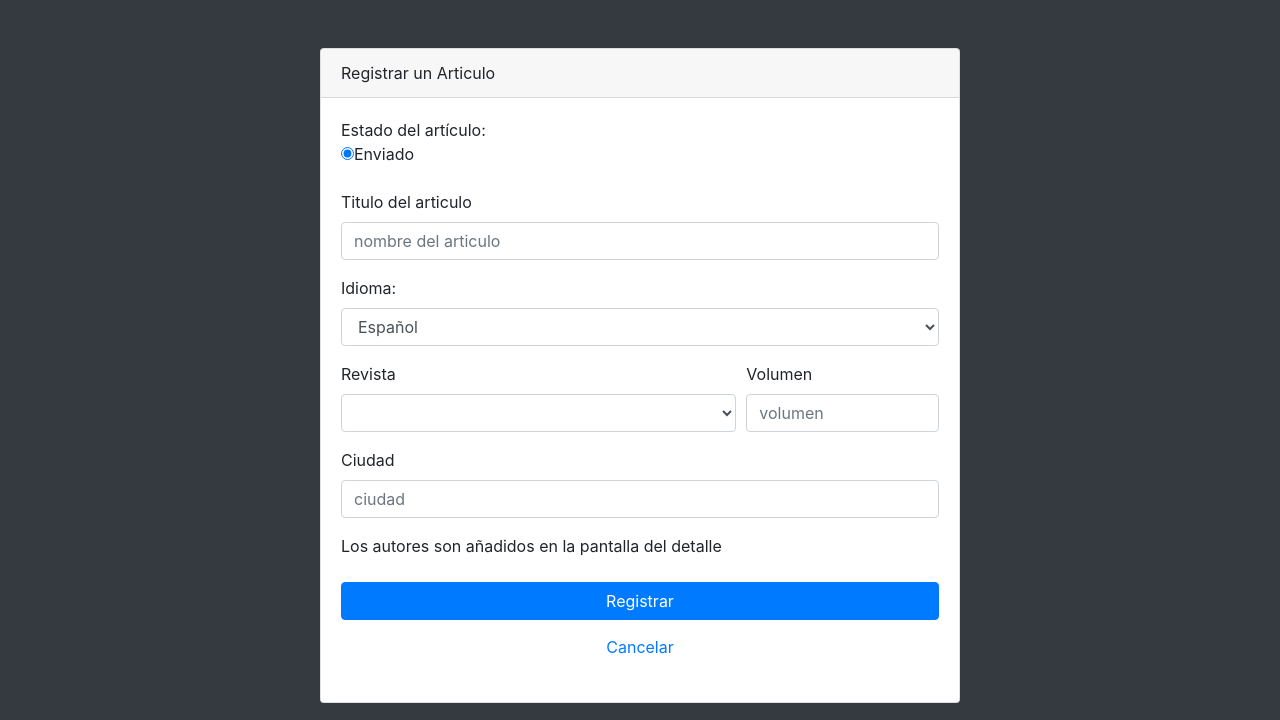
Repository: arnaldosanmartin/RepositorioWeb
Page: http://localhost/startbootstrap-sb-admin-gh-pages/registerArticulo.php
The author's editor kept a record of every edit. The page is drawn from the files as they stood at one moment, then again after the next edit.
The browser window is 1280 px wide. The pictures show the whole page.
The page is run by PHP 8.4 with error messages shown; the project is at /var/www/html/. The session is filled in as if someone had signed in: {"user_id": 1, "user_name": "Test User", "user_rol": "admin"}. Other server files are loaded and not shown. Queries for data that is not in the repository find no rows.

Above is the page before.

### startbootstrap-sb-admin-gh-pages/registerArticulo.php
<?php
  session_start();
  if(isset($_SESSION["user_id"])==false){
    header('Location: login.php');
  }
  $iduser= $_SESSION["user_id"];
  if(isset($_POST['register'])){

    $host= "127.0.0.1";
    $user= "azarot";
    $pass= "";
    $db= "mydb";
    $port= 3306;

    $nombre= $_POST['nameInputArt'];
    $idioma= $_POST['sgl_idioma'];
    $revista= $_POST['revistaInput'];
    $fechaupdate= date("Y-m-d");
    $actualestado=$_POST['cod_tipo_producto'];
    $ciudad=$_POST['cityInput'];
    $PI= "0";
    $PF= "0";
    $volRev= "0";
    $fasiculo= "N/A";
    $volFas= "0";
    $site= "0";
    $doi= "0";
    $medio= "ninguno";
    $fecha="1";
    $cuartilScopus = "";
    $cuartilIsci = "";
    $cuartilIndex = "";
    $tipo="completo";

    $connection= mysqli_connect($host, $user, $pass, $db, $port)or die(mysql_error());

    $query= "SELECT * FROM Revista WHERE id = '$revista'";
    $result= mysqli_query($connection, $query);
     if ($row= mysqli_fetch_assoc($result)) {
        $cuartilScopus = $row['cuartilScopus'];
        $cuartilIsci = $row['cuartilIsci'];
        $cuartilIndex = $row['cuartilIndex'];
      }else{
        echo "Error: " . $query . "<br>" . $conn->error;
      }

    if($actualestado==="Publicado"){
      $PI= $_POST['PIInput'];
      $PF= $_POST['PFInput'];
      $volRev= $_POST['volumenInput'];
      $fasiculo= $_POST['fasiculoInput'];
      $volFas= $_POST['volumenfas'];
      $site= $_POST['siteInput'];
      $doi= $_POST['DOIInput'];
      $medio= $_POST['medioInput'];
      $fecha=$_POST['dateInputArt'];
    }

    $query="INSERT INTO Producto (tipoArticulo, tituloArticulo, ciudad, paginaInicial, paginaFinal , idioma, fecha, fechaup, idRevista, volumen, fasciculoRevista, serieRevista, medioDivulgacion, sitioWeb, doi, estado,cuartilScopus,cuartilIsci,cuartilIndex)
      VALUES ('$tipo' ,'$nombre', '$ciudad','$PI','$PF','$idioma','$fecha','$fechaupdate','$revista','$volRev','$fasiculo','$volFas','$medio','$site','$doi','$actualestado','$cuartilScopus','$cuartilIsci','$cuartilIndex')";
    if ($connection->query($query)=== TRUE) {
      $last_id = $connection->insert_id;
      $query= "INSERT INTO Relacion_profesor_producto (idProfesor, idProducto) VALUES ('$iduser','$last_id')";
        if ($connection->query($query)=== TRUE) {
          header('Location: tablesArtic.php');
        } else {
        echo "Error: " . $query . "<br>" . $conn->error;
        }
    } else {
    echo "Error: " . $query . "<br>" . $conn->error;
    }


    $connection->close();
  }
?>
<!DOCTYPE html>
<html lang="en">

<head>
  <meta charset="utf-8">
  <meta http-equiv="X-UA-Compatible" content="IE=edge">
  <meta name="viewport" content="width=device-width, initial-scale=1, shrink-to-fit=no">
  <meta name="description" content="Registro de articulos">
  <meta name="author" content="Aza">
  <title>Articulos</title>
  <!-- Bootstrap core CSS-->
  <link href="vendor/bootstrap/css/bootstrap.min.css" rel="stylesheet">
  <!-- Custom fonts for this template-->
  <link href="vendor/font-awesome/css/font-awesome.min.css" rel="stylesheet" type="text/css">
  <!-- Custom styles for this template-->
  <link href="css/sb-admin.css" rel="stylesheet">
</head>

<body class="bg-dark">
  <div class="container">
    <div class="card card-register mx-auto mt-5">
      <div class="card-header">Registrar un Articulo</div>
      <div class="card-body">
        <form method="post" action="">
          Estado del art&iacute;culo: <br>
          <td colspan="4" >
            <input type="radio" id="tipoProducto2" name="cod_tipo_producto" value='Enviado' checked="checked"/>Enviado&nbsp;
            </td><br><br>
          <div class="form-group">
            <label for="nameInputGroup">Titulo del articulo</label>
            <input class="form-control" id="nameInputArt" name="nameInputArt" placeholder="nombre del articulo" required>
          </div>
          <div class="form-group">
            <label for="idiomaInput">Idioma:</label>
            <select class="form-control" id="idiomaInput" name="sgl_idioma" required>
            <option value="ES">Espa&ntilde;ol</option>
            <option value="DE">Alem&aacute;n</option>
            <option value="ZH">Chino</option>
            <option value="FR">Franc&eacute;s</option>
            <option value="IW">Hebreo</option>
            <option value="NL">Holand&eacute;s</option>
            <option value="EN">Ingl&eacute;s</option>
            <option value="IT">Italiano</option>
            <option value="JA">Japon&eacute;s</option>
            <option value="LA">Lat&iacute;n</option>
            <option value="PT">Portugu&eacute;s</option>
            <option value="QU">Quechua</option>
            <option value="RO">Rumano</option>
            <option value="RU">Ruso</option>
            <option value="TH">Tailand&eacute;s</option>
            </select>
          </div>

          <div class="form-group">
            <div class="form-row">
              <div class="col-md-8">
                <label for="revistaInput">Revista</label>
                <select class="form-control" id="revistaInput" name="revistaInput" required>
                <?php
                $host= "127.0.0.1";
                $user= "azarot";
                $pass= "";
                $db= "mydb";
                $port= 3306;

                $connection= mysqli_connect($host, $user, $pass, $db, $port)or die(mysql_error());


                $query= "SELECT * FROM Revista";
                $result= mysqli_query($connection, $query);
                  while ($row= mysqli_fetch_assoc($result)) {
                   echo "<option value='".$row['id']."'>".$row['nombre']."</option>";
                  }
                $connection->close();
                ?>
                </select>
              </div>
              <div class="col-md-4 cls-completo">
                <label for="volumenInput">Volumen</label>
                <input  required class="form-control cls-completo-input" id="volumenInput" name="volumenInput" type="number" aria-describedby="nameHelp" placeholder="volumen">
              </div>
            </div>
          </div>

          <div class="form-group">
            <label for="cityInputGroup">Ciudad</label>
            <input class="form-control" id="cityInput" name="cityInput" placeholder="ciudad">
          </div>
          <div class="form-group">

          <div class="form-group">
            <label >Los autores son añadidos en la pantalla del detalle</label>
          </div>
          <input class="btn btn-primary btn-block" type="submit" id="register" name="register" value="Registrar"/>
          <a class="btn btn-block" href="tablesArtic.php">Cancelar</a>
        </form>
      </div>
    </div>
  </div>
  <!-- Bootstrap core JavaScript-->
  <script src="vendor/jquery/jquery.min.js"></script>
  <script src="vendor/bootstrap/js/bootstrap.bundle.min.js"></script>
  <!-- Core plugin JavaScript-->
  <script src="vendor/jquery-easing/jquery.easing.min.js"></script>

</body>

</html>

### startbootstrap-sb-admin-gh-pages/css/sb-admin.css
html {
  position: relative;
  min-height: 100%;
}

body {
  overflow-x: hidden;
}

body.sticky-footer {
  margin-bottom: 56px;
}

body.sticky-footer .content-wrapper {
  min-height: calc(100vh - 56px - 56px);
}

body.fixed-nav {
  padding-top: 56px;
}

.content-wrapper {
  min-height: calc(100vh - 56px);
  padding-top: 1rem;
}

.scroll-to-top {
  position: fixed;
  right: 15px;
  bottom: 3px;
  display: none;
  width: 50px;
  height: 50px;
  text-align: center;
  color: white;
  background: rgba(52, 58, 64, 0.5);
  line-height: 45px;
}

.scroll-to-top:focus, .scroll-to-top:hover {
  color: white;
}

.scroll-to-top:hover {
  background: #343a40;
}

.scroll-to-top i {
  font-weight: 800;
}

.smaller {
  font-size: 0.7rem;
}

.o-hidden {
  overflow: hidden !important;
}

.z-0 {
  z-index: 0;
}

.z-1 {
  z-index: 1;
}

#mainNav .navbar-collapse {
  overflow: auto;
  max-height: 75vh;
}

#mainNav .navbar-collapse .navbar-nav .nav-item .nav-link {
  cursor: pointer;
}

#mainNav .navbar-collapse .navbar-sidenav .nav-link-collapse:after {
  float: right;
  content: '\f107';
  font-family: 'FontAwesome';
}

#mainNav .navbar-collapse .navbar-sidenav .nav-link-collapse.collapsed:after {
  content: '\f105';
}

#mainNav .navbar-collapse .navbar-sidenav .sidenav-second-level,
#mainNav .navbar-collapse .navbar-sidenav .sidenav-third-level {
  padding-left: 0;
}

#mainNav .navbar-collapse .navbar-sidenav .sidenav-second-level > li > a,
#mainNav .navbar-collapse .navbar-sidenav .sidenav-third-level > li > a {
  display: block;
  padding: 0.5em 0;
}

#mainNav .navbar-collapse .navbar-sidenav .sidenav-second-level > li > a:focus, #mainNav .navbar-collapse .navbar-sidenav .sidenav-second-level > li > a:hover,
#mainNav .navbar-collapse .navbar-sidenav .sidenav-third-level > li > a:focus,
#mainNav .navbar-collapse .navbar-sidenav .sidenav-third-level > li > a:hover {
  text-decoration: none;
}

#mainNav .navbar-collapse .navbar-sidenav .sidenav-second-level > li > a {
  padding-left: 1em;
}

#mainNav .navbar-collapse .navbar-sidenav .sidenav-third-level > li > a {
  padding-left: 2em;
}

#mainNav .navbar-collapse .sidenav-toggler {
  display: none;
}

#mainNav .navbar-collapse .navbar-nav > .nav-item.dropdown > .nav-link {
  position: relative;
  min-width: 45px;
}

#mainNav .navbar-collapse .navbar-nav > .nav-item.dropdown > .nav-link:after {
  float: right;
  width: auto;
  content: '\f105';
  border: none;
  font-family: 'FontAwesome';
}

#mainNav .navbar-collapse .navbar-nav > .nav-item.dropdown > .nav-link .indicator {
  position: absolute;
  top: 5px;
  left: 21px;
  font-size: 10px;
}

#mainNav .navbar-collapse .navbar-nav > .nav-item.dropdown.show > .nav-link:after {
  content: '\f107';
}

#mainNav .navbar-collapse .navbar-nav > .nav-item.dropdown .dropdown-menu > .dropdown-item > .dropdown-message {
  overflow: hidden;
  max-width: none;
  text-overflow: ellipsis;
}

@media (min-width: 992px) {
  #mainNav .navbar-brand {
    width: 250px;
  }
  #mainNav .navbar-collapse {
    overflow: visible;
    max-height: none;
  }
  #mainNav .navbar-collapse .navbar-sidenav {
    position: absolute;
    top: 0;
    left: 0;
    -webkit-flex-direction: column;
    -ms-flex-direction: column;
    flex-direction: column;
    margin-top: 56px;
  }
  #mainNav .navbar-collapse .navbar-sidenav > .nav-item {
    width: 250px;
    padding: 0;
  }
  #mainNav .navbar-collapse .navbar-sidenav > .nav-item > .nav-link {
    padding: 1em;
  }
  #mainNav .navbar-collapse .navbar-sidenav > .nav-item .sidenav-second-level,
  #mainNav .navbar-collapse .navbar-sidenav > .nav-item .sidenav-third-level {
    padding-left: 0;
    list-style: none;
  }
  #mainNav .navbar-collapse .navbar-sidenav > .nav-item .sidenav-second-level > li,
  #mainNav .navbar-collapse .navbar-sidenav > .nav-item .sidenav-third-level > li {
    width: 250px;
  }
  #mainNav .navbar-collapse .navbar-sidenav > .nav-item .sidenav-second-level > li > a,
  #mainNav .navbar-collapse .navbar-sidenav > .nav-item .sidenav-third-level > li > a {
    padding: 1em;
  }
  #mainNav .navbar-collapse .navbar-sidenav > .nav-item .sidenav-second-level > li > a {
    padding-left: 2.75em;
  }
  #mainNav .navbar-collapse .navbar-sidenav > .nav-item .sidenav-third-level > li > a {
    padding-left: 3.75em;
  }
  #mainNav .navbar-collapse .navbar-nav > .nav-item.dropdown > .nav-link {
    min-width: 0;
  }
  #mainNav .navbar-collapse .navbar-nav > .nav-item.dropdown > .nav-link:after {
    width: 24px;
    text-align: center;
  }
  #mainNav .navbar-collapse .navbar-nav > .nav-item.dropdown .dropdown-menu > .dropdown-item > .dropdown-message {
    max-width: 300px;
  }
}

#mainNav.fixed-top .sidenav-toggler {
  display: none;
}

@media (min-width: 992px) {
  #mainNav.fixed-top .navbar-sidenav {
    height: calc(100vh - 112px);
  }
  #mainNav.fixed-top .sidenav-toggler {
    position: absolute;
    top: 0;
    left: 0;
    display: flex;
    -webkit-flex-direction: column;
    -ms-flex-direction: column;
    flex-direction: column;
    margin-top: calc(100vh - 56px);
  }
  #mainNav.fixed-top .sidenav-toggler > .nav-item {
    width: 250px;
    padding: 0;
  }
  #mainNav.fixed-top .sidenav-toggler > .nav-item > .nav-link {
    padding: 1em;
  }
}

#mainNav.fixed-top.navbar-dark .sidenav-toggler {
  background-color: #212529;
}

#mainNav.fixed-top.navbar-dark .sidenav-toggler a i {
  color: #adb5bd;
}

#mainNav.fixed-top.navbar-light .sidenav-toggler {
  background-color: #dee2e6;
}

#mainNav.fixed-top.navbar-light .sidenav-toggler a i {
  color: rgba(0, 0, 0, 0.5);
}

body.sidenav-toggled #mainNav.fixed-top .sidenav-toggler {
  overflow-x: hidden;
  width: 55px;
}

body.sidenav-toggled #mainNav.fixed-top .sidenav-toggler .nav-item,
body.sidenav-toggled #mainNav.fixed-top .sidenav-toggler .nav-link {
  width: 55px !important;
}

body.sidenav-toggled #mainNav.fixed-top #sidenavToggler i {
  -webkit-transform: scaleX(-1);
  -moz-transform: scaleX(-1);
  -o-transform: scaleX(-1);
  transform: scaleX(-1);
  filter: FlipH;
  -ms-filter: 'FlipH';
}

#mainNav.static-top .sidenav-toggler {
  display: none;
}

@media (min-width: 992px) {
  #mainNav.static-top .sidenav-toggler {
    display: flex;
  }
}

body.sidenav-toggled #mainNav.static-top #sidenavToggler i {
  -webkit-transform: scaleX(-1);
  -moz-transform: scaleX(-1);
  -o-transform: scaleX(-1);
  transform: scaleX(-1);
  filter: FlipH;
  -ms-filter: 'FlipH';
}

.content-wrapper {
  overflow-x: hidden;
  background: white;
}

@media (min-width: 992px) {
  .content-wrapper {
    margin-left: 250px;
  }
}

#sidenavToggler i {
  font-weight: 800;
}

.navbar-sidenav-tooltip.show {
  display: none;
}

@media (min-width: 992px) {
  body.sidenav-toggled .content-wrapper {
    margin-left: 55px;
  }
}

body.sidenav-toggled .navbar-sidenav {
  width: 55px;
}

body.sidenav-toggled .navbar-sidenav .nav-link-text {
  display: none;
}

body.sidenav-toggled .navbar-sidenav .nav-item,
body.sidenav-toggled .navbar-sidenav .nav-link {
  width: 55px !important;
}

body.sidenav-toggled .navbar-sidenav .nav-item:after,
body.sidenav-toggled .navbar-sidenav .nav-link:after {
  display: none;
}

body.sidenav-toggled .navbar-sidenav .nav-item {
  white-space: nowrap;
}

body.sidenav-toggled .navbar-sidenav-tooltip.show {
  display: flex;
}

#mainNav.navbar-dark .navbar-collapse .navbar-sidenav .nav-link-collapse:after {
  color: #868e96;
}

#mainNav.navbar-dark .navbar-collapse .navbar-sidenav > .nav-item > .nav-link {
  color: #868e96;
}

#mainNav.navbar-dark .navbar-collapse .navbar-sidenav > .nav-item > .nav-link:hover {
  color: #adb5bd;
}

#mainNav.navbar-dark .navbar-collapse .navbar-sidenav > .nav-item .sidenav-second-level > li > a,
#mainNav.navbar-dark .navbar-collapse .navbar-sidenav > .nav-item .sidenav-third-level > li > a {
  color: #868e96;
}

#mainNav.navbar-dark .navbar-collapse .navbar-sidenav > .nav-item .sidenav-second-level > li > a:focus, #mainNav.navbar-dark .navbar-collapse .navbar-sidenav > .nav-item .sidenav-second-level > li > a:hover,
#mainNav.navbar-dark .navbar-collapse .navbar-sidenav > .nav-item .sidenav-third-level > li > a:focus,
#mainNav.navbar-dark .navbar-collapse .navbar-sidenav > .nav-item .sidenav-third-level > li > a:hover {
  color: #adb5bd;
}

#mainNav.navbar-dark .navbar-collapse .navbar-nav > .nav-item.dropdown > .nav-link:after {
  color: #adb5bd;
}

@media (min-width: 992px) {
  #mainNav.navbar-dark .navbar-collapse .navbar-sidenav {
    background: #343a40;
  }
  #mainNav.navbar-dark .navbar-collapse .navbar-sidenav li.active a {
    color: white !important;
    background-color: #495057;
  }
  #mainNav.navbar-dark .navbar-collapse .navbar-sidenav li.active a:focus, #mainNav.navbar-dark .navbar-collapse .navbar-sidenav li.active a:hover {
    color: white;
  }
  #mainNav.navbar-dark .navbar-collapse .navbar-sidenav > .nav-item .sidenav-second-level,
  #mainNav.navbar-dark .navbar-collapse .navbar-sidenav > .nav-item .sidenav-third-level {
    background: #343a40;
  }
}

#mainNav.navbar-light .navbar-collapse .navbar-sidenav .nav-link-collapse:after {
  color: rgba(0, 0, 0, 0.5);
}

#mainNav.navbar-light .navbar-collapse .navbar-sidenav > .nav-item > .nav-link {
  color: rgba(0, 0, 0, 0.5);
}

#mainNav.navbar-light .navbar-collapse .navbar-sidenav > .nav-item > .nav-link:hover {
  color: rgba(0, 0, 0, 0.7);
}

#mainNav.navbar-light .navbar-collapse .navbar-sidenav > .nav-item .sidenav-second-level > li > a,
#mainNav.navbar-light .navbar-collapse .navbar-sidenav > .nav-item .sidenav-third-level > li > a {
  color: rgba(0, 0, 0, 0.5);
}

#mainNav.navbar-light .navbar-collapse .navbar-sidenav > .nav-item .sidenav-second-level > li > a:focus, #mainNav.navbar-light .navbar-collapse .navbar-sidenav > .nav-item .sidenav-second-level > li > a:hover,
#mainNav.navbar-light .navbar-collapse .navbar-sidenav > .nav-item .sidenav-third-level > li > a:focus,
#mainNav.navbar-light .navbar-collapse .navbar-sidenav > .nav-item .sidenav-third-level > li > a:hover {
  color: rgba(0, 0, 0, 0.7);
}

#mainNav.navbar-light .navbar-collapse .navbar-nav > .nav-item.dropdown > .nav-link:after {
  color: rgba(0, 0, 0, 0.5);
}

@media (min-width: 992px) {
  #mainNav.navbar-light .navbar-collapse .navbar-sidenav {
    background: #f8f9fa;
  }
  #mainNav.navbar-light .navbar-collapse .navbar-sidenav li.active a {
    color: #000 !important;
    background-color: #e9ecef;
  }
  #mainNav.navbar-light .navbar-collapse .navbar-sidenav li.active a:focus, #mainNav.navbar-light .navbar-collapse .navbar-sidenav li.active a:hover {
    color: #000;
  }
  #mainNav.navbar-light .navbar-collapse .navbar-sidenav > .nav-item .sidenav-second-level,
  #mainNav.navbar-light .navbar-collapse .navbar-sidenav > .nav-item .sidenav-third-level {
    background: #f8f9fa;
  }
}

.card-body-icon {
  position: absolute;
  z-index: 0;
  top: -25px;
  right: -25px;
  font-size: 5rem;
  -webkit-transform: rotate(15deg);
  -ms-transform: rotate(15deg);
  transform: rotate(15deg);
}

@media (min-width: 576px) {
  .card-columns {
    column-count: 1;
  }
}

@media (min-width: 768px) {
  .card-columns {
    column-count: 2;
  }
}

@media (min-width: 1200px) {
  .card-columns {
    column-count: 2;
  }
}

.card-login {
  max-width: 25rem;
}

.card-register {
  max-width: 40rem;
}

footer.sticky-footer {
  position: absolute;
  right: 0;
  bottom: 0;
  width: 100%;
  height: 56px;
  background-color: #e9ecef;
  line-height: 55px;
}

@media (min-width: 992px) {
  footer.sticky-footer {
    width: calc(100% - 250px);
  }
}

@media (min-width: 992px) {
  body.sidenav-toggled footer.sticky-footer {
    width: calc(100% - 55px);
  }
}

.hide{
  display: none;
}

After the next edit:
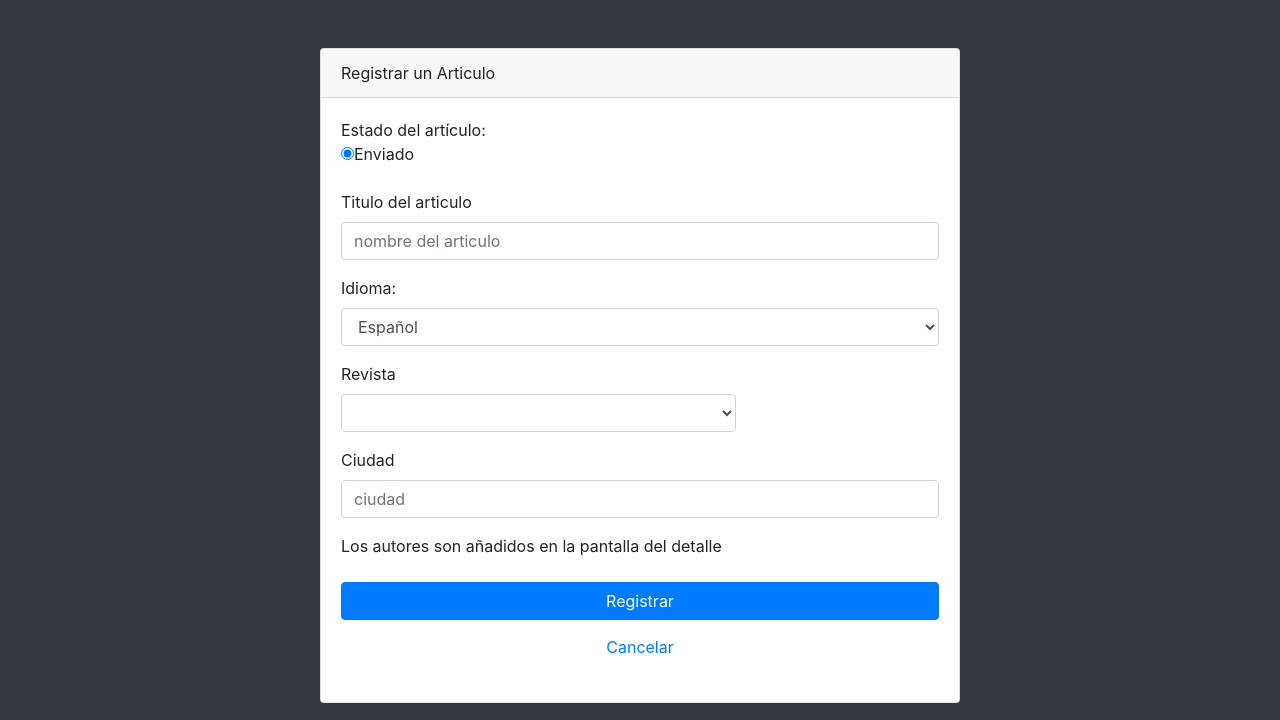
The edit:
--- a/startbootstrap-sb-admin-gh-pages/registerArticulo.php
+++ b/startbootstrap-sb-admin-gh-pages/registerArticulo.php
@@ -151,10 +151,7 @@
                 ?>
                 </select>
               </div>
-              <div class="col-md-4 cls-completo">
-                <label for="volumenInput">Volumen</label>
-                <input  required class="form-control cls-completo-input" id="volumenInput" name="volumenInput" type="number" aria-describedby="nameHelp" placeholder="volumen">
-              </div>
+
             </div>
           </div>
 
